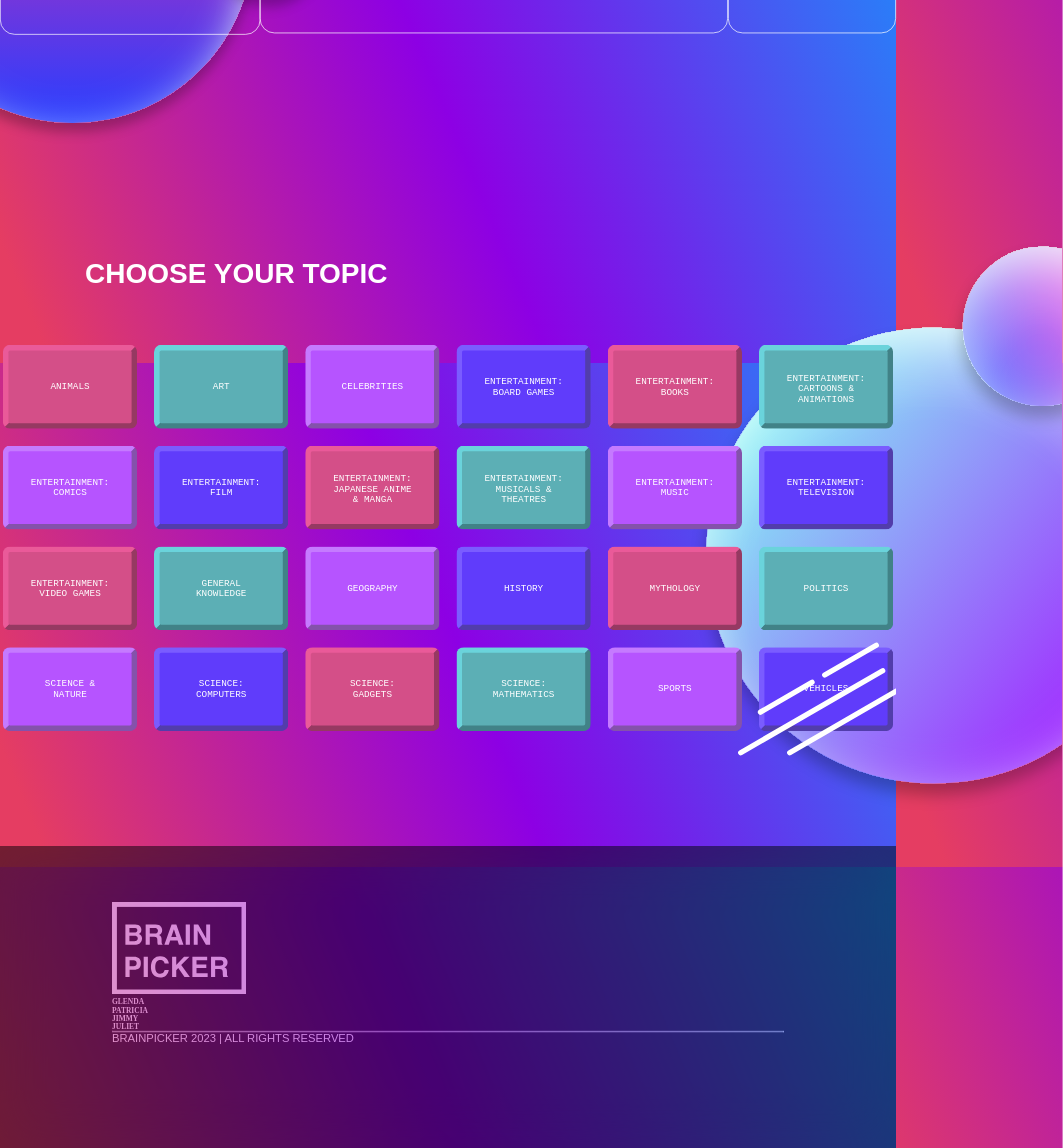
Repository: pjiang604/COMP-2170_Final-Project
Page: index.html
These files come from the project's save history. The page is drawn as it stood at one moment and after the next save; the edit follows.
The browser window is 1280 px wide. The page is 1518 px wide, so the pictures cover 1518 px, including what lies to the right of the window. The pictures show the part of the page from y = 922 to 2562 px (the page is 2562 px tall), at 70% of full size.
Backgrounds fixed to the window are drawn as part of the page.

Above is the page before, as saved 2023-04-30 14:23:44.

After the next save:
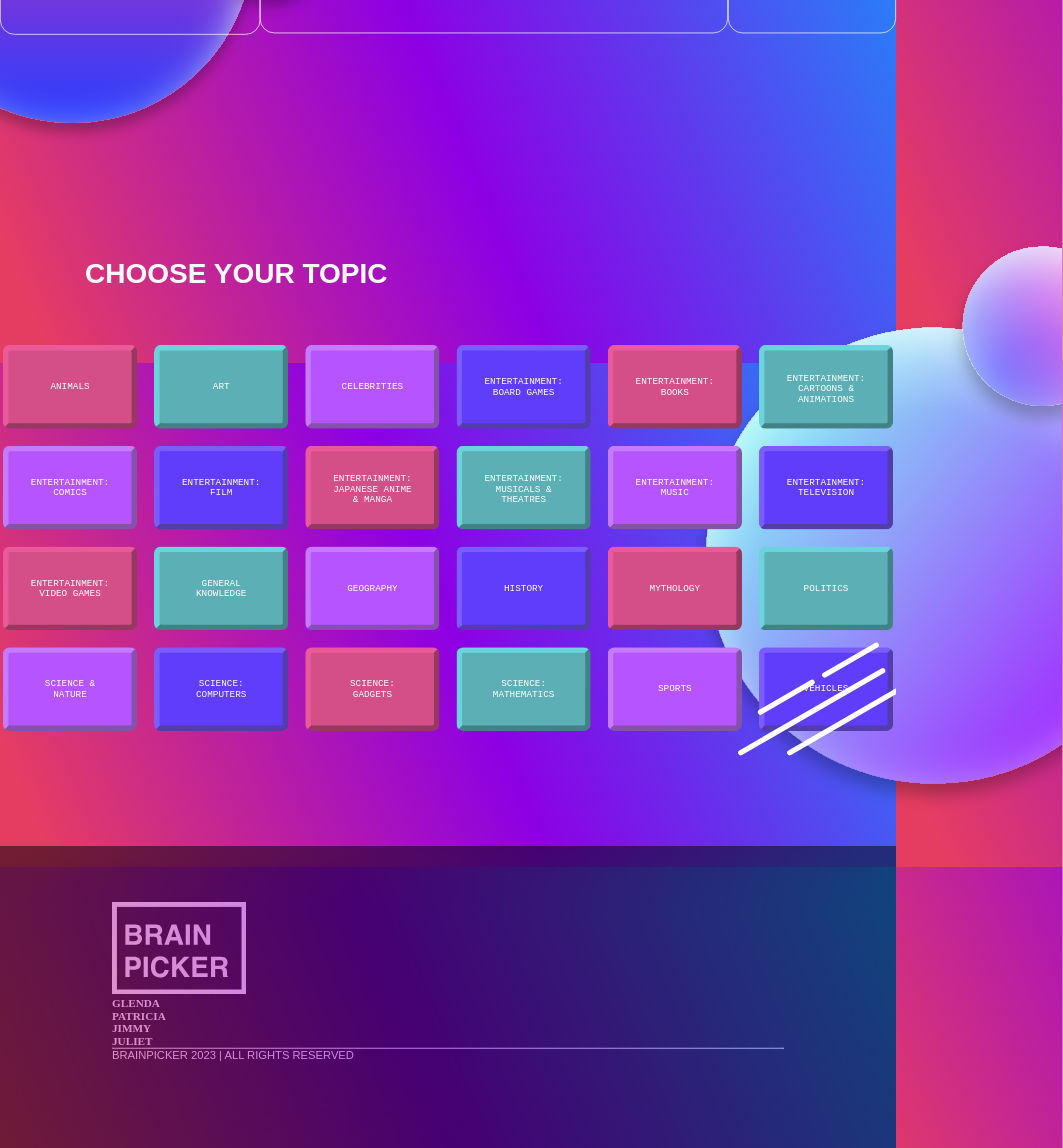
Saved 82 s later.
--- a/index.html
+++ b/index.html
@@ -94,10 +94,10 @@
       </div>
 
       <div class="names_container">
-        <h6>GLENDA</h6>
-        <h6>PATRICIA</h6>
-        <h6>JIMMY</h6>
-        <h6>JULIET</h6>
+        <h4>GLENDA</h4>
+        <h4>PATRICIA</h4>
+        <h4>JIMMY</h4>
+        <h4>JULIET</h4>
         <hr>
         <p>BRAINPICKER 2023 | ALL RIGHTS RESERVED</p>
       </div>
